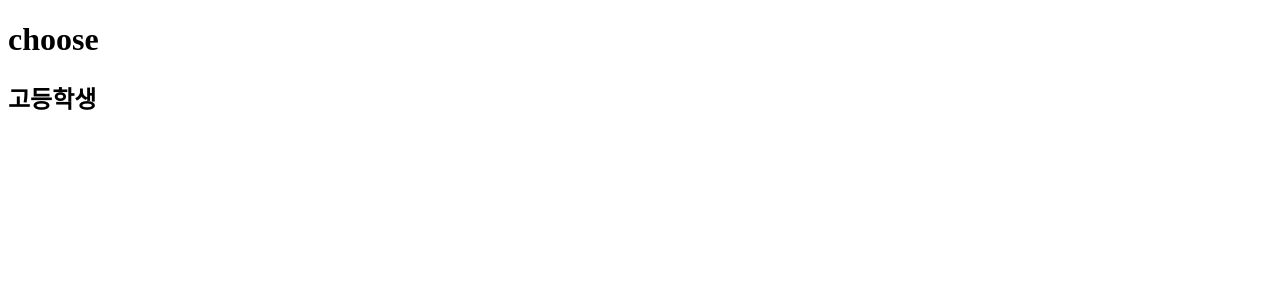
Repository: Jh1227/JSP
Page: http://localhost/13_JSTL/ex05_choose.jsp
An editor plug-in stored every save of this project. The page is shown before and after the next save, followed by the edit.
The browser window is 1280 px wide. The pictures show the whole page.
The page is served by Tomcat 9. Other server files are loaded and not shown.

Above is the page before, as saved 2023-04-11 01:41:52.

### 13_JSTL/src/main/webapp/ex05_choose.jsp

<!-- ex05_choose.jsp -->

<%@ page language="java" contentType="text/html; charset=UTF-8"
    pageEncoding="UTF-8"%>
<%@ taglib prefix ="c" uri ="http://java.sun.com/jsp/jstl/core" %>
<!DOCTYPE html>
<html>
<head>
<meta charset="UTF-8">
<title>ex05_choose.jsp</title>
</head>
<body>
	<h1>choose</h1>
	<%--
		# <c:choose> : if ~ else if 문을 대체하는 태그입니다
		- <c:choose>
			  <c:when test ="조건식_a"> 실행 내용 </c:when>
			  <c:when test ="조건식_b"> 실행 내용 </c:when>
			  ......
			  <c:otherwise> 실행 내용 </c:otherwise>
		  </c:choose>
	--%>
	<c:set var ="age" value ="18"/>
	<h2>
		<c:choose>
			<c:when test ="${age >= 20 }"> 성인 </c:when>
			<c:when test ="${age >= 17 }"> 고등학생 </c:when>
			<c:when test ="${age >= 14 }"> 중학생 </c:when>
			<c:when test ="${age >= 8 }"> 초등학생 </c:when>
			<c:otherwise> 어린이 </c:otherwise>
		</c:choose>
	</h2>

	<c:set var ="kor" value ="${param.kor }"/>
	${param.kor }
	<h2>

	</h2>
</body>
</html>

After the next save:
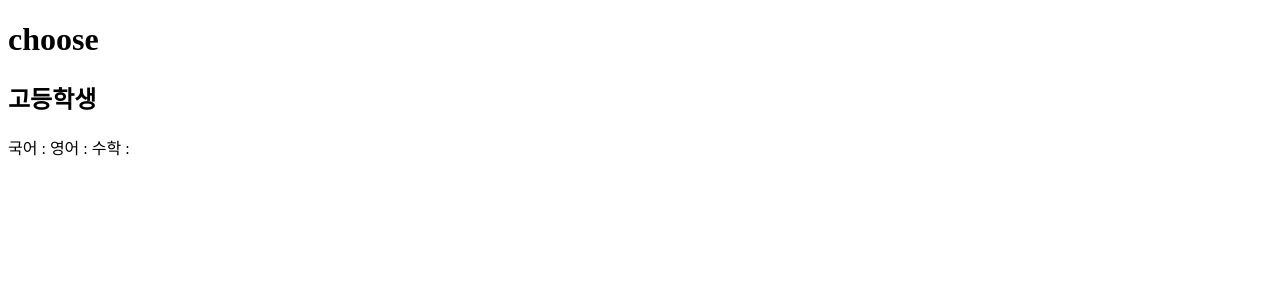
Saved 69 s later.
--- a/13_JSTL/src/main/webapp/ex05_choose.jsp
+++ b/13_JSTL/src/main/webapp/ex05_choose.jsp
@@ -33,7 +33,11 @@
 	</h2>
 
 	<c:set var ="kor" value ="${param.kor }"/>
-	${param.kor }
+	국어 : ${param.kor }
+	<c:set var ="eng" value ="${param.eng }"/>
+	영어 : ${param.eng }
+	<c:set var ="math" value ="${param.math }"/>
+	수학 : ${param.math }
 	<h2>
 
 	</h2>
